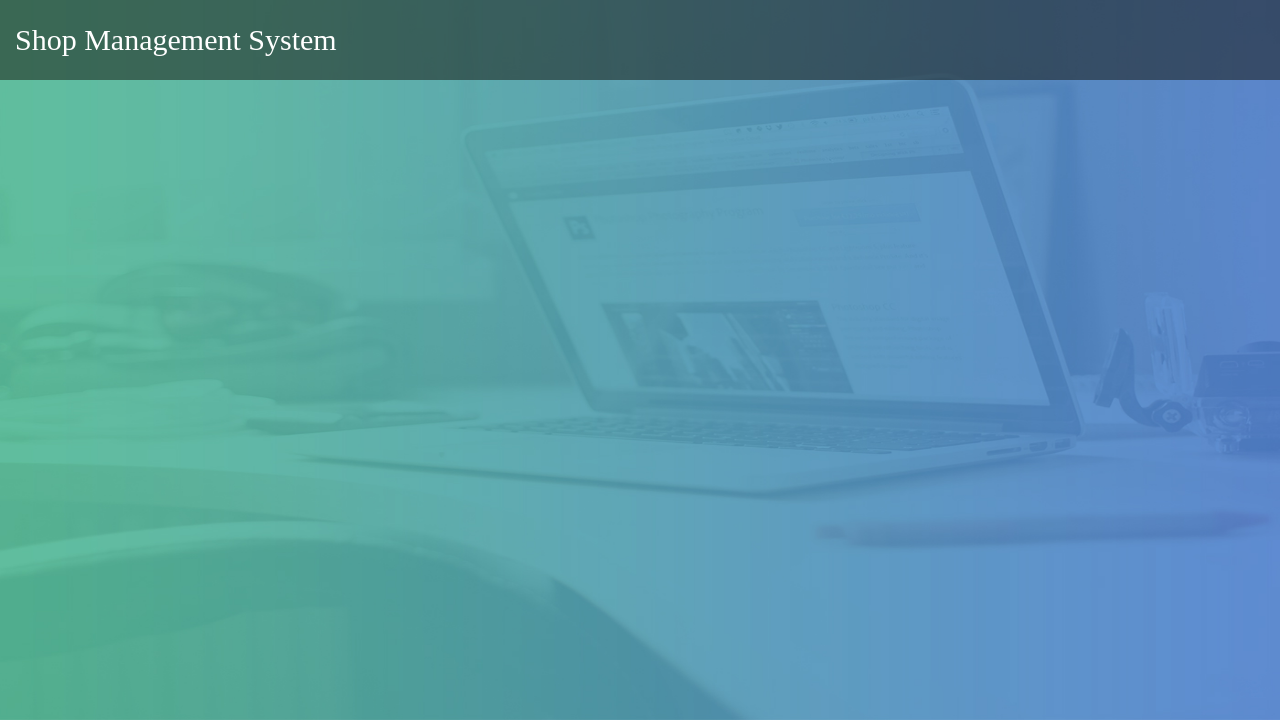
Repository: wenxi0504/storesystem
Page: /login
The author's editor kept a copy of each file at every save. The page is drawn from the files as they stood at one save, then again after the next save.
The browser window is 1280 px wide. The pictures show the whole page.
The project was rebuilt for these pictures with package versions that can differ from the ones it lists, and the page was loaded fresh each time. Also part of the build but not shown: src/pages/admin/admin.jsx.

Above is the page before, as saved 2022-03-16 22:30:28.

### public/index.html
<!DOCTYPE html>
<html lang="en">
  <head>
    <meta charset="utf-8" />
    <link rel="icon" href="%PUBLIC_URL%/favicon.ico" />
    <meta name="viewport" content="width=device-width, initial-scale=1" />
    <meta name="theme-color" content="#000000" />
    <meta
      name="description"
      content="Web site created using create-react-app"
    />
    <link rel="stylesheet" href="css/reset.css">
    <title>React App</title>
  </head>
  <body>
    <noscript>You need to enable JavaScript to run this app.</noscript>
    <div id="root"></div>
  </body>
</html>

### src/App.js
import React, { Component } from 'react';
import { FontAwesomeIcon } from '@fortawesome/react-fontawesome';
import { solid, regular, brands } from '@fortawesome/fontawesome-svg-core/import.macro'; // <-- import styles to be used
import { BrowserRouter,Routes,Route } from 'react-router-dom';
import Login from './pages/login/login';
import Admin from './pages/admin/admin';
class App extends Component{

  render(){
    return(

      <BrowserRouter>
      <Routes>
      <Route path='/login' element={<Login/>}/>
      <Route path='/admin' element={<Admin/>}/>

      </Routes>
      </BrowserRouter>
    )
  }
}

export default App;

### src/pages/login/login.jsx
import React, { Component } from "react";
import "./login.css";

export default class Login extends Component {
  render() {
    return (
      <div className="login">
        <header className="login-header">
          <h1>Shop Management System</h1>
        </header>
      </div>
    );
  }
}

### src/pages/login/login.css
.login{
    width:100%;
    height: 100%;
    background-image: url('./images/bg.jpg');
    background-size: 100% 100%;
}

.login-header{
    display:flex;
    align-items: center;
    height: 80px;
    background-color: rgba(21,20,13,0.5);
}

.login-header img{
    width: 40px;
    height:40px;
    margin-left:50px;
}

.login-header h1{
    font-size: 30px;
    color: white;
    margin: 0 0 0 15px;
}

### public/css/reset.css
html,
body,
p,
ol,
ul,
li,
dl,
dt,
dd,
blockquote,
figure,
fieldset,
legend,
textarea,
pre,
iframe,
hr,
h1,
h2,
h3,
h4,
h5,
h6 {
margin: 0;
padding: 0;
}
h1,
h2,
h3,
h4,
h5,
h6 {
font-size: 100%;
font-weight: normal;
}
ul {
list-style: none;
}
button,
input,
select,
textarea {
margin: 0;
}
html {
box-sizing: border-box;
}
*, *:before, *:after {
box-sizing: inherit;
}
img,
embed,
iframe,
object,
video {
height: auto;
max-width: 100%;
}
audio {
max-width: 100%;
}
iframe {
border: 0;
}
table {
border-collapse: collapse;
border-spacing: 0;
}
td,
th {
padding: 0;
text-align: left;
}
html, body {
height: 100%;
}
#root {
width: 100%;
height: 100%;
}

Loaded but not shown: src/index.js (common file)

After the next save:
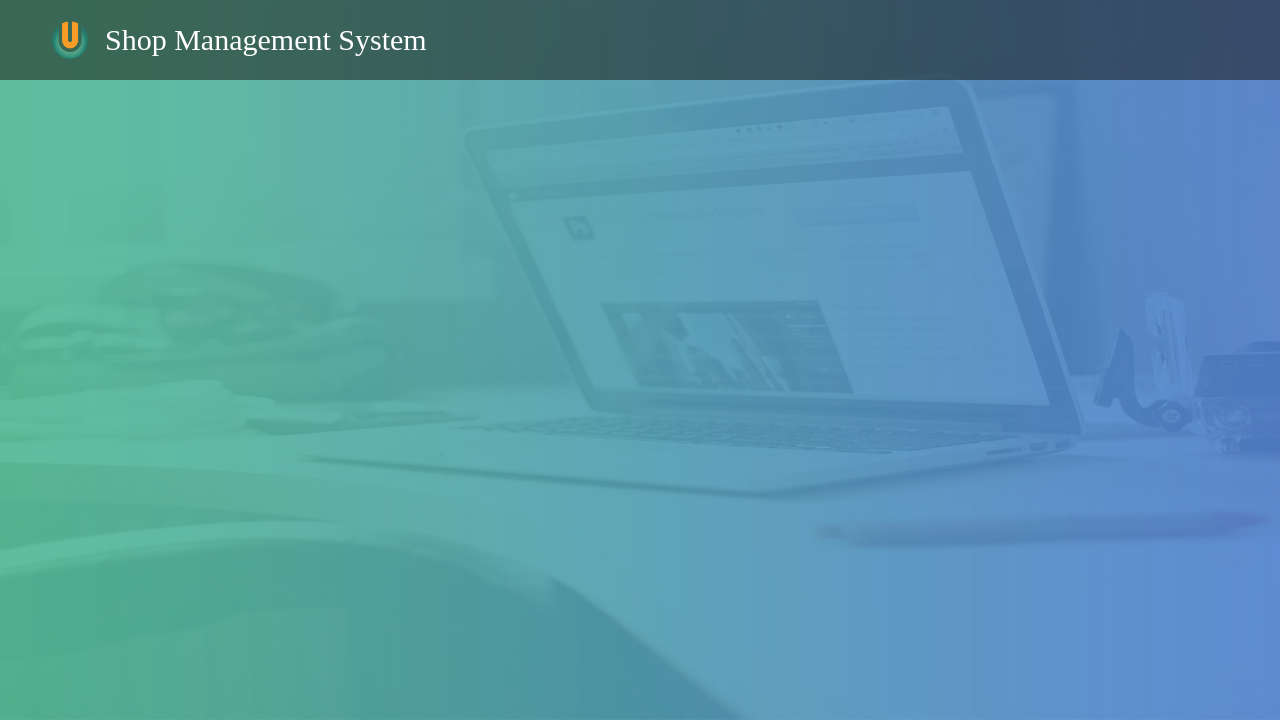
Saved 115 s later.
--- a/src/pages/login/login.jsx
+++ b/src/pages/login/login.jsx
@@ -1,11 +1,13 @@
 import React, { Component } from "react";
 import "./login.css";
+import logo from '../../assets/images/logo.png'
 
 export default class Login extends Component {
   render() {
     return (
       <div className="login">
         <header className="login-header">
+            <img src={logo} alt="logo" />
           <h1>Shop Management System</h1>
         </header>
       </div>
